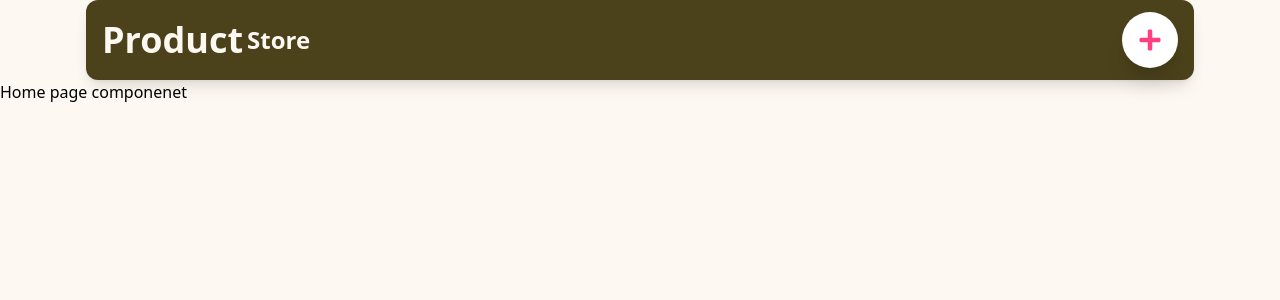
Repository: xarrkhan001/Mern-stack-Project
Page: / (app in frontend/)
The author's editor kept a copy of each file at every save. The page is drawn from the files as they stood at one save, then again after the next save.
The browser window is 1280 px wide. The pictures show the whole page.
The project was rebuilt for these pictures with package versions that can differ from the ones it lists, and the page was loaded fresh each time. Also part of the build but not shown: frontend/vite.config.js, frontend/src/pages/CreatePage.jsx.

Above is the page before, as saved 2025-03-05 16:06:12.

After the next save:
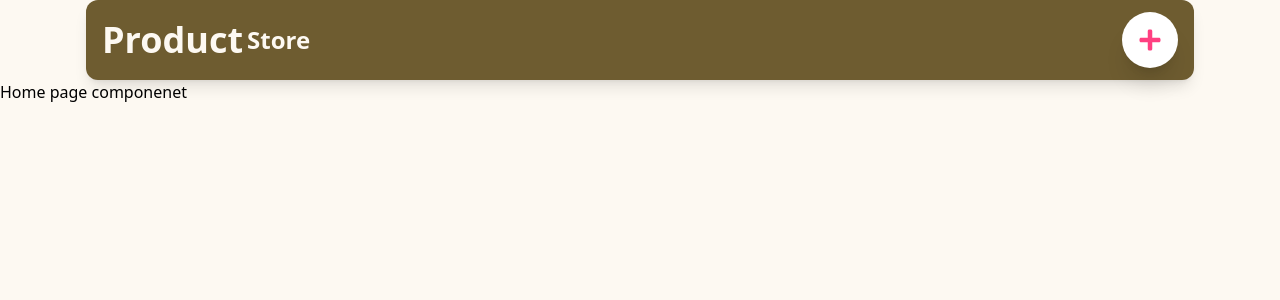
Saved 31 s later.
--- a/frontend/src/components/Navbar.jsx
+++ b/frontend/src/components/Navbar.jsx
@@ -7,7 +7,7 @@
     <>
       <div className="max-w-[1140px] px-4 mx-auto">
         {/* Navbar container */}
-        <div className="flex items-center justify-between h-20 bg-[#4B421B] p-4 rounded-xl shadow-lg">
+        <div className="flex items-center justify-between h-20 bg-[#6E5C30] p-4 rounded-xl shadow-lg">
           {/* Left side - ProductStore logo */}
           <Link to="/" className="flex items-center">
             {/* "Product" part of the logo - larger and bolder */}
